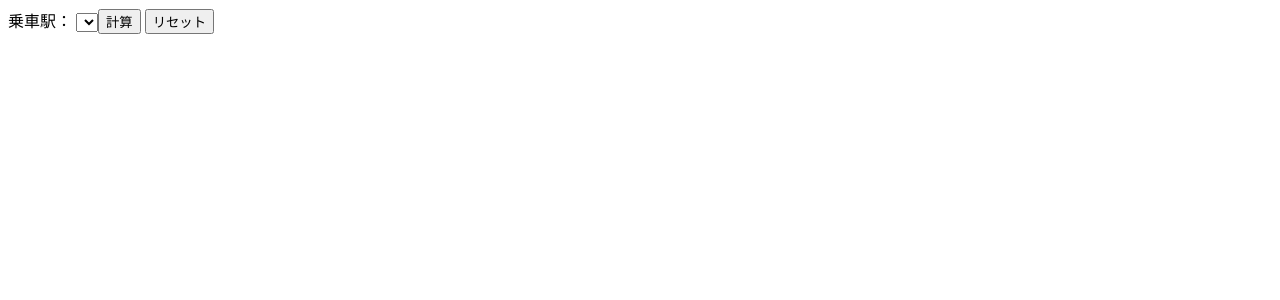
Repository: aiueo20/18ca0155
Page: http://localhost/kadai0603/ryoukin.jsp
These files come from the project's save history. The page is drawn as it stood at one moment and after the next save; the edit follows.
The browser window is 1280 px wide. The pictures show the whole page.
The page is served by Tomcat 9. Other server files are loaded and not shown.

Above is the page before, as saved 2019-01-21 02:39:19.

### SSP/kadai0603/WebContent/ryoukin.jsp
<%@ page language="java" contentType="text/html; charset=UTF-8"
    pageEncoding="UTF-8"%>
<!DOCTYPE html>
<html>
<head>
<meta charset="UTF-8">
<title>Insert title here</title>
</head>
<body>
<form action="kadai0603/yamanote" method="get">
乗車駅：
<select name="Rideon"

降車駅：
<br>
<input type="submit" value="計算">
<input type="reset" value="リセット" onclick="location.reload()">
</form>
</body>
</html>

After the next save:
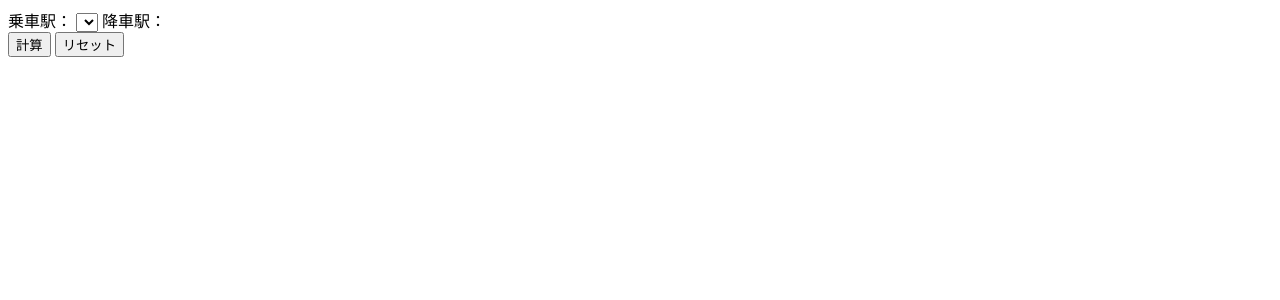
Saved 14 s later.
--- a/SSP/kadai0603/WebContent/ryoukin.jsp
+++ b/SSP/kadai0603/WebContent/ryoukin.jsp
@@ -9,7 +9,9 @@
 <body>
 <form action="kadai0603/yamanote" method="get">
 乗車駅：
-<select name="Rideon"
+<select name="Rideon">
+
+</select>
 
 降車駅：
 <br>
